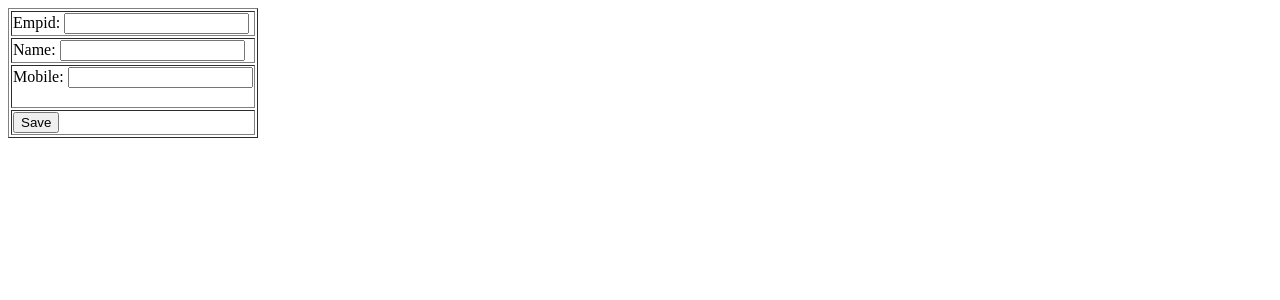
Repository: Suknaina/Repo
Page: MockServlet/src/main/webapp/Home.html
The author's editor kept a copy of each file at every save. The page is drawn from the files as they stood at one save, then again after the next save.
The browser window is 1280 px wide. The pictures show the whole page.

Above is the page before, as saved 2023-05-23 17:10:31.

### MockServlet/src/main/webapp/Home.html
<!DOCTYPE html>
<html>
<head>
<meta charset="ISO-8859-1">
<title>Insert title here</title>
</head>
<body>
<form action="" method="post">
	<table border="">
			<tr>
				<td>Empid: <input type="number" name="empid"><br>
				</td>
			</tr>
			<tr>
				<td>Name: <input type="text" name="name"><br>
				</td>
			</tr>
			<tr>
				<td>Mobile: <input type="number" name="mobile"><br>
				<br>
				</td>
			</tr>
			<tr>
			<td>
			<button>Save</button>
			</td>
			</tr>
	</table>
	</form>
</body>
</html>

After the next save:
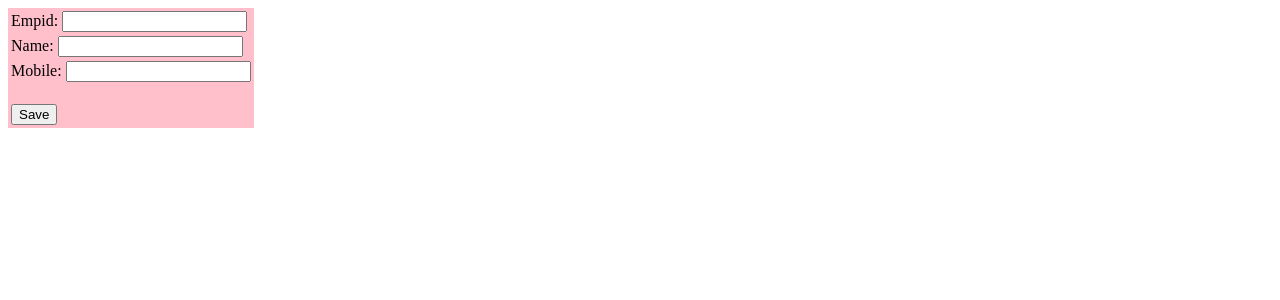
Saved 67 s later.
--- a/MockServlet/src/main/webapp/Home.html
+++ b/MockServlet/src/main/webapp/Home.html
@@ -6,7 +6,7 @@
 </head>
 <body>
 <form action="" method="post">
-	<table border="">
+	<table bgcolor="pink">
 			<tr>
 				<td>Empid: <input type="number" name="empid"><br>
 				</td>
